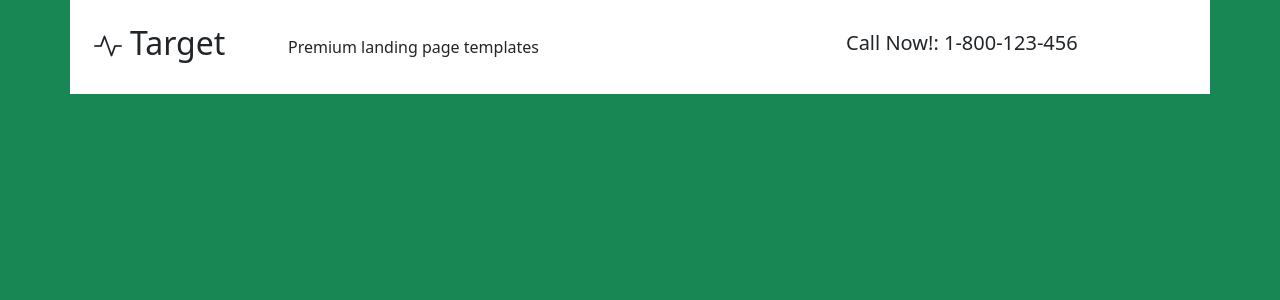
Repository: lyvandat/dh---bootstrap1
Page: index.html
An editor plug-in stored every save of this project. The page is shown before and after the next save, followed by the edit.
The browser window is 1280 px wide. The pictures show the whole page.
Some web libraries are served in a nearby version.

Above is the page before, as saved 2022-10-27 15:35:40.

After the next save:
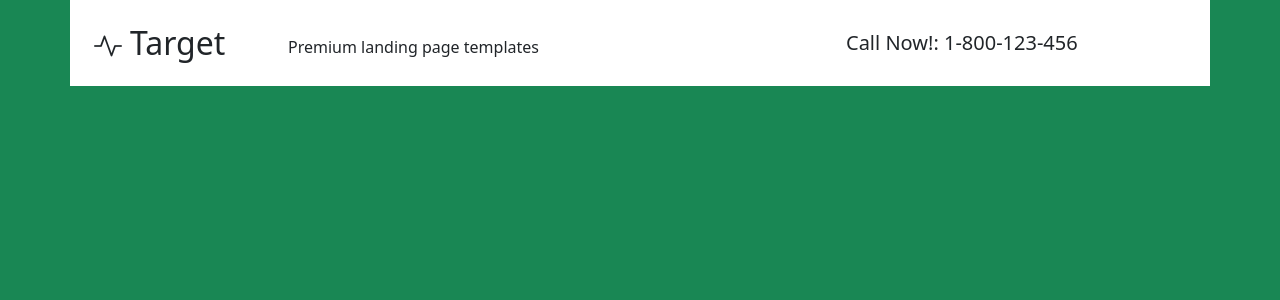
Saved 10 s later.
--- a/index.html
+++ b/index.html
@@ -20,7 +20,7 @@
   </head>
   <body class="bg-success">
     <div
-      class="container header align-items-center bg-white p-4 border-bottom-1"
+      class="container header align-items-center bg-white p-4 border-bottom-1 pb-3"
     >
       <div class="row">
         <div class="col-2 d-inline-flex me-2">

After the save that followed:
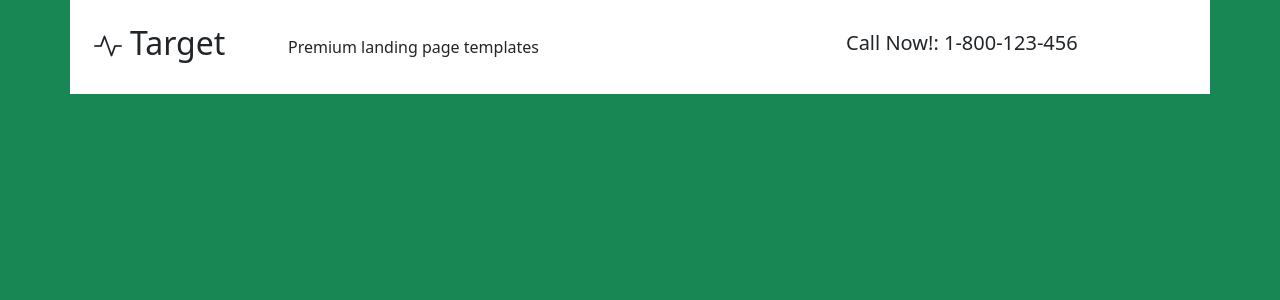
Saved 5 s later.
--- a/index.html
+++ b/index.html
@@ -20,7 +20,7 @@
   </head>
   <body class="bg-success">
     <div
-      class="container header align-items-center bg-white p-4 border-bottom-1 pb-3"
+      class="container header align-items-center bg-white p-4 border-bottom-1"
     >
       <div class="row">
         <div class="col-2 d-inline-flex me-2">
